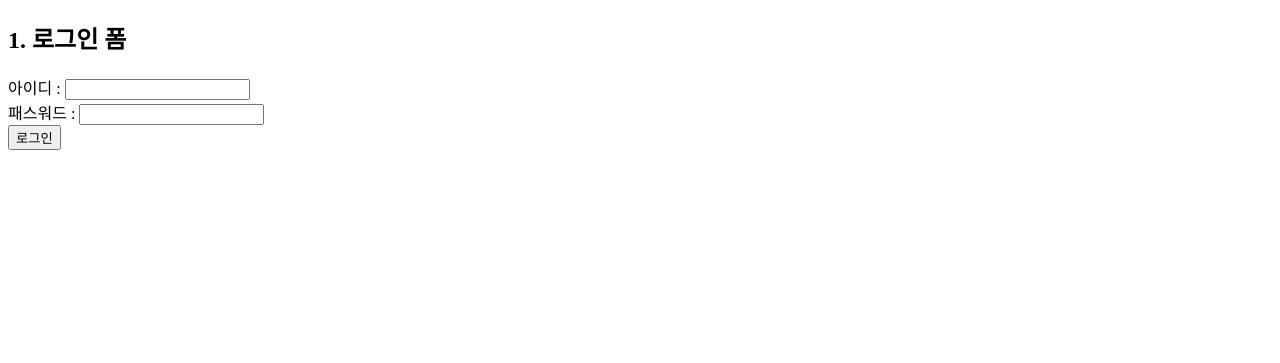
Repository: zodib0123/kdt_jsp
Page: http://localhost/MustHaveJSP/02ImplicitObject/ResponseMain.jsp
The author's editor kept a copy of each file at every save. The page is drawn from the files as they stood at one save, then again after the next save.
The browser window is 1280 px wide. The pictures show the whole page.
The page is served by Tomcat 10.

Above is the page before, as saved 2025-09-24 01:30:29.

After the next save:
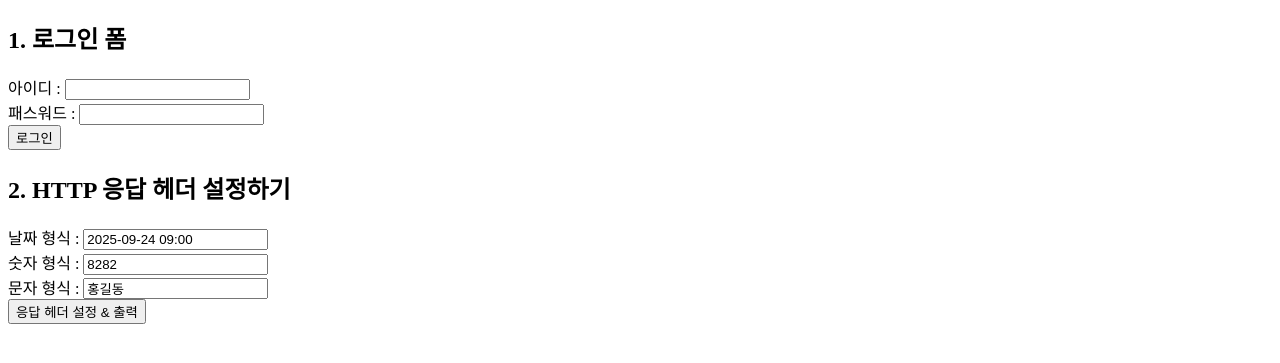
Saved 3 min 8 s later.
--- a/MustHaveJSP/src/main/webapp/02ImplicitObject/ResponseMain.jsp
+++ b/MustHaveJSP/src/main/webapp/02ImplicitObject/ResponseMain.jsp
@@ -17,5 +17,13 @@
 		패스워드 : <input type="text" name="user_pwd" /><br />
 		<input type="submit" value="로그인" />
 	</form>
+
+	<h2>2. HTTP 응답 헤더 설정하기</h2>
+	<form action="./ResponseHeader.jsp" method="get">
+		날짜 형식 : <input type="text" name="add_date" value="2025-09-24 09:00" /><br />
+		숫자 형식 : <input type="text" name="add_int" value="8282" /><br />
+		문자 형식 : <input type="text" name="add_str" value="홍길동" /><br />
+		<input type="submit" value="응답 헤더 설정 & 출력" />
+	</form>
 </body>
 </html>
